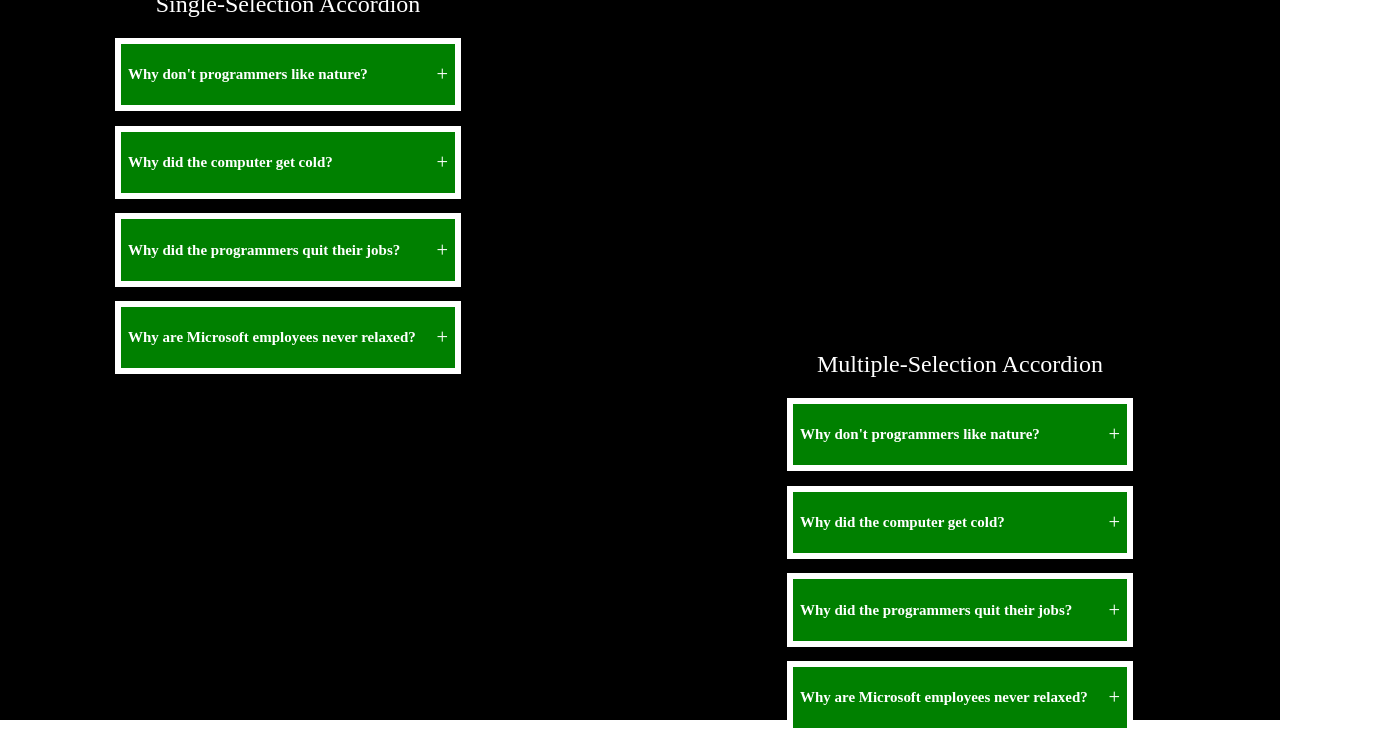
Repository: kosenijr/react-projects
Page: / (app in accordion/)
These files come from the project's save history. The page is drawn as it stood at one moment and after a run of saves; the edit follows.
The browser window is 1280 px wide. The page is 1280 px wide, then 1389 px, then 1280 px, so the pictures cover 1389 px, including what lies to the right of the window. The pictures show the whole page.
The project was rebuilt for these pictures with package versions that can differ from the ones it lists, and the page was loaded fresh each time.

Above is the page before, as saved 2024-03-03 12:49:28.

After the next 3 saves:
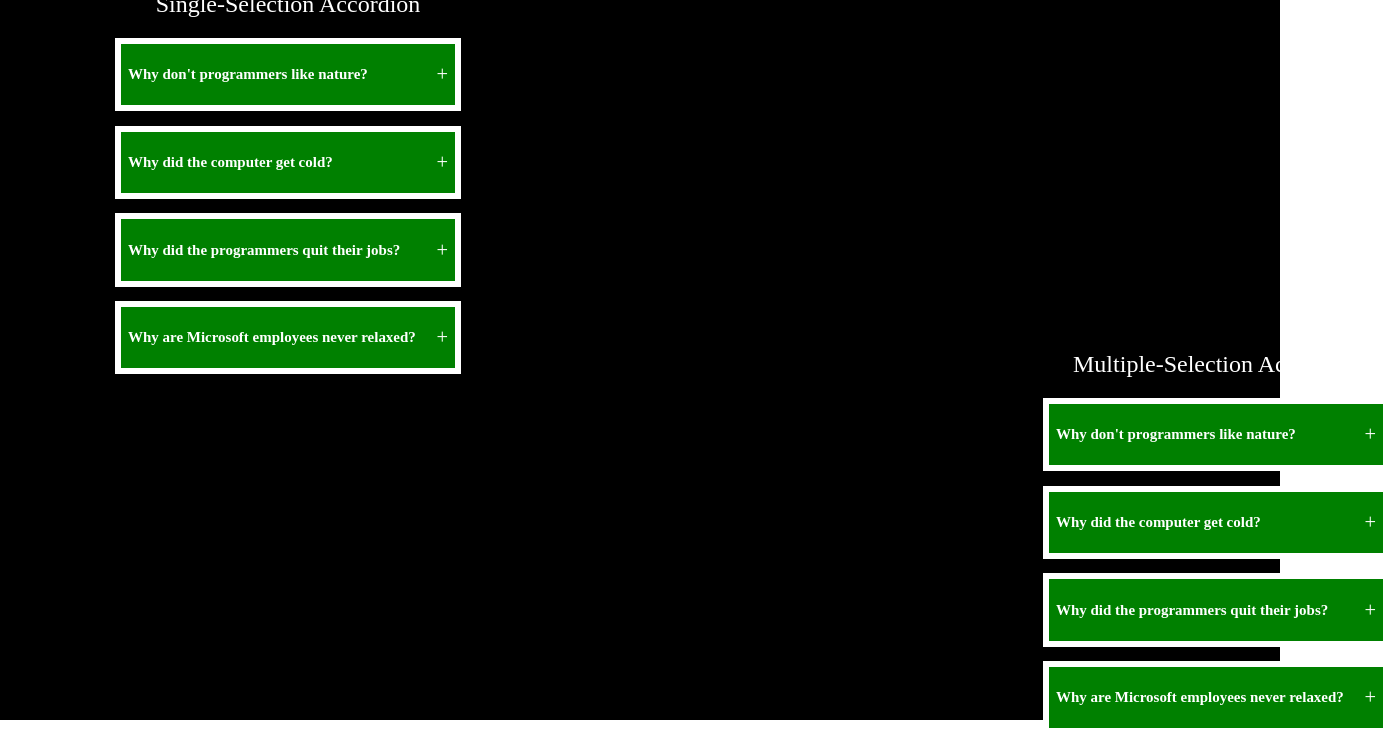
The 3 saves are shown as one change because they came seconds apart.
The last was saved 15 s later.
--- a/accordion/src/styles/MultiSelection.css
+++ b/accordion/src/styles/MultiSelection.css
@@ -3,7 +3,7 @@
   justify-content: center;
   align-items: center;
   height: 50vh;
-  width: 50vw;
+  width: 10vw;
   float: right;
 }
 

After the save that followed:
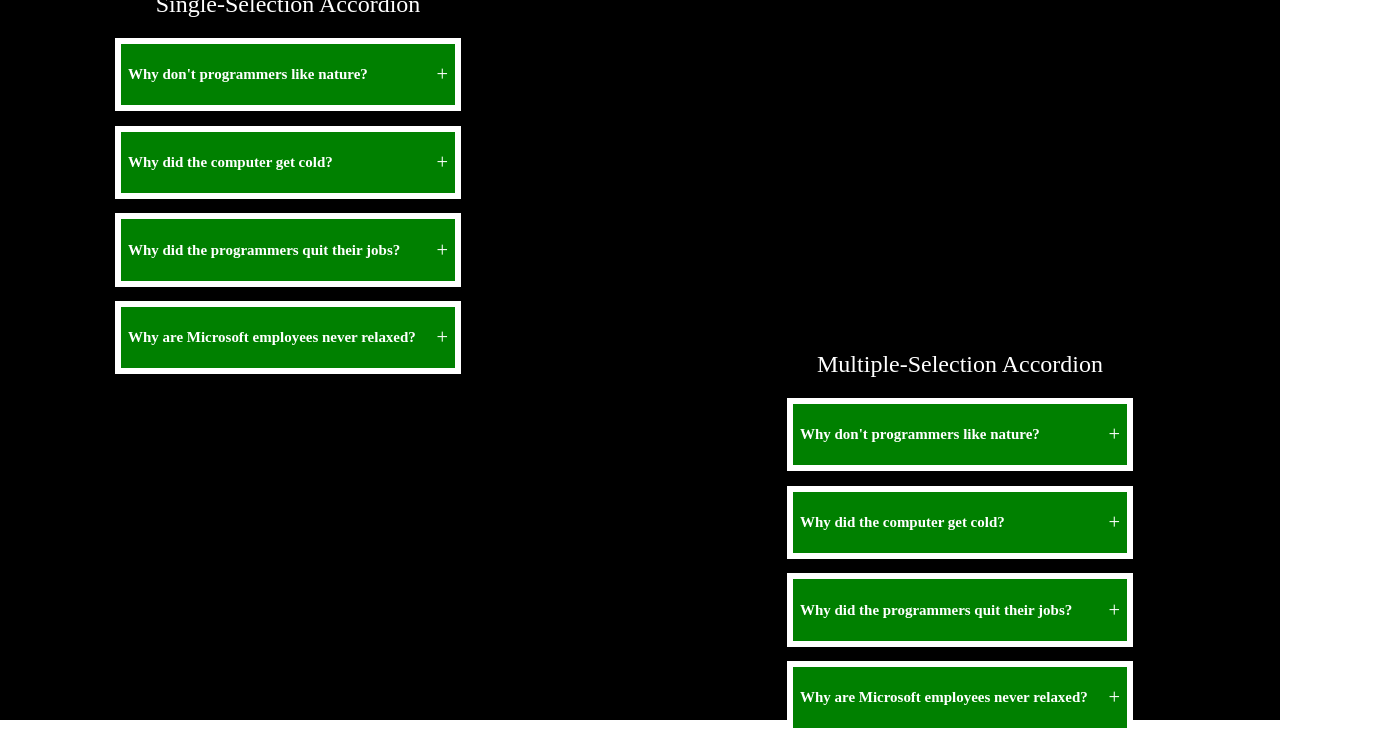
Saved 5 s later.
--- a/accordion/src/styles/MultiSelection.css
+++ b/accordion/src/styles/MultiSelection.css
@@ -3,7 +3,7 @@
   justify-content: center;
   align-items: center;
   height: 50vh;
-  width: 10vw;
+  width: 50vw;
   float: right;
 }
 
